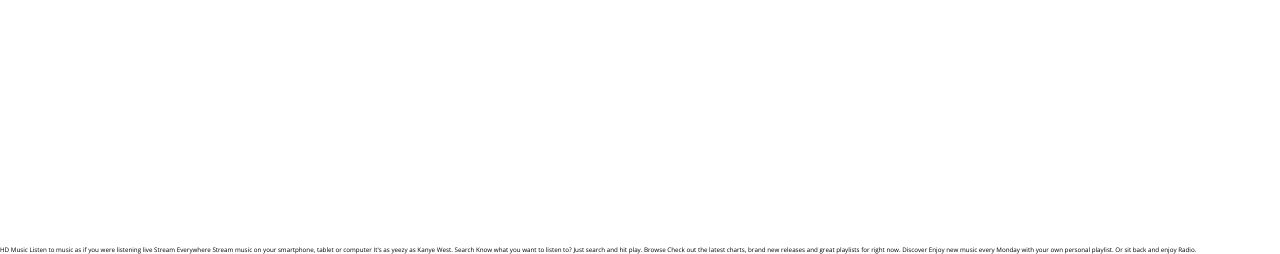
Repository: ChristianGecchelin/lab-css-spotify-clone
Page: index.html
These files come from the project's save history. The page is drawn as it stood at one moment and after the next save; the edit follows.
The browser window is 1280 px wide. The pictures show the part of the page from y = 1028 to 1682 px (the page is 1282 px tall before and 1682 px after).
A picture or video elsewhere on the page could not be fetched, so the positions and the page height are approximate.

Above is the page before, as saved 2022-06-03 16:54:24.

### index.html
<!DOCTYPE html>
<html lang="en">
  <head>
    <meta charset="UTF-8" />
    <meta name="viewport" content="width=device-width, initial-scale=1.0" />
    <meta http-equiv="X-UA-Compatible" content="ie=edge" />
    <title>Spotify Clone</title>
    <!-- don't forget to link your styles -->
    <link rel="stylesheet" href="./styles/style.css" />
  </head>
  <body>
    <header>
      <img src="./images/spotify-logo.png" alt="Spotify" />

      <nav>
        <ul>
          <a href=""><li>Premium</li></a>
          <a href=""><li>Discover</li></a>
          <a href=""><li>Help</li></a>
          <a href=""><li>Download</li></a>
        </ul>
      </nav>
    </header>
    <section class="landing">
      <img src="./images/landing.jpg" alt="concert" />
      <h1>Music for everyone.</h1>
      <p>
        Spotify is now free on mobile, tablet and computer. Listen to the right
        music, wherever you are.
      </p>
    </section>
    <section class="features">
      <h2>What's on Spotify?</h2>
      <div class="features-section">
        <div class="feature">
          <img src="./images/music-icon.png" alt="music" />
          <h3>Millons of Songs</h3>
          <p>There are millions of songs on Spotify</p>
        </div>
        <div class="feature">
          <img src="./images/high-quality-icon.png" alt="music" />
          <h3>Millons of Songs</h3>
          <p>There are millions of songs on Spotify</p>
        </div>
        <div class="feature">
          <img src="./images/devices-icon.png" alt="music" />
          <h3>Millons of Songs</h3>
          <p>There are millions of songs on Spotify</p>
        </div>
      </div>
    </section>

    HD Music Listen to music as if you were listening live Stream Everywhere
    Stream music on your smartphone, tablet or computer It's as yeezy as Kanye
    West. Search Know what you want to listen to? Just search and hit play.
    Browse Check out the latest charts, brand new releases and great playlists
    for right now. Discover Enjoy new music every Monday with your own personal
    playlist. Or sit back and enjoy Radio.
  </body>
</html>

### styles/style.css
/*
Colors:

Text: 1A1A1A
Green: #00B172
White: #FFF

*/
@import url("https://fonts.googleapis.com/css2?family=Open+Sans:wght@300;400;700&display=swap");
* {
  margin: 0;
  padding: 0;
  font-size: 62.5%;
  font-family: "Open Sans", sans-serif;
}
header {
  display: flex;
  flex-direction: row;
  justify-content: space-between;
  align-items: center;
  padding: 20px 20px;
}

nav ul {
  display: flex;
  flex-direction: row;
  justify-content: center;
  list-style: none;
  gap: 10px;
}
nav ul a {
  text-decoration: none;
  color: #1a1a1a;
}
nav ul a li {
  font-weight: 400;
  font-size: 2rem;
}
header img {
  width: 150px;
}
.landing {
  height: 100vh;
  position: relative;
  display: flex;
  flex-direction: column;
  justify-content: center;
  align-items: center;
  gap: 25px;
}
.landing img {
  width: 100%;
  height: 100vh;
  object-fit: cover;
  position: absolute;
  z-index: 1;
}
.landing h1 {
  color: white;
  z-index: 10;
  font-size: 8rem;
  font-weight: 600;
}
.landing p {
  color: white;
  width: 50%;
  text-align: center;
  z-index: 10;
  font-size: 3rem;
  font-weight: 300;
}
.features {
  height: 400px;
}
.features h2 {
  width: 23%;
  font-size: 3rem;
  text-align: center;
  font-weight: 400;
  border-bottom: 3px solid #00b172;
  margin: 0 auto;
}
.features .features-section {
  width: 70%;
  display: flex;
  flex-direction: row;
  justify-content: center;
  align-items: center;
  margin: 0 auto;
  gap: 100px;
}
.features .features-section .feature {
  width: 30%;
  display: flex;
  flex-direction: column;
  justify-content: center;
  align-items: center;
}
.features .features-section .feature img {
  width: 100px;
}

After the next save:
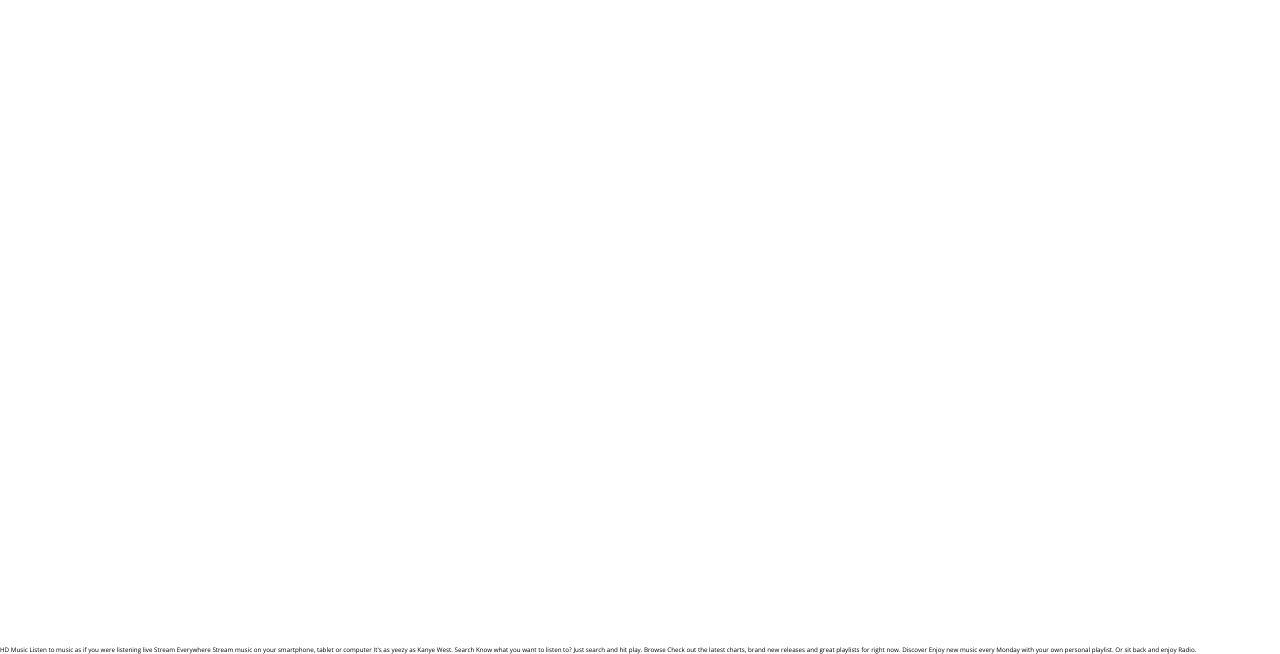
Saved 11 s later.
--- a/styles/style.css
+++ b/styles/style.css
@@ -70,7 +70,7 @@ header img {
   font-weight: 300;
 }
 .features {
-  height: 400px;
+  height: 800px;
 }
 .features h2 {
   width: 23%;
